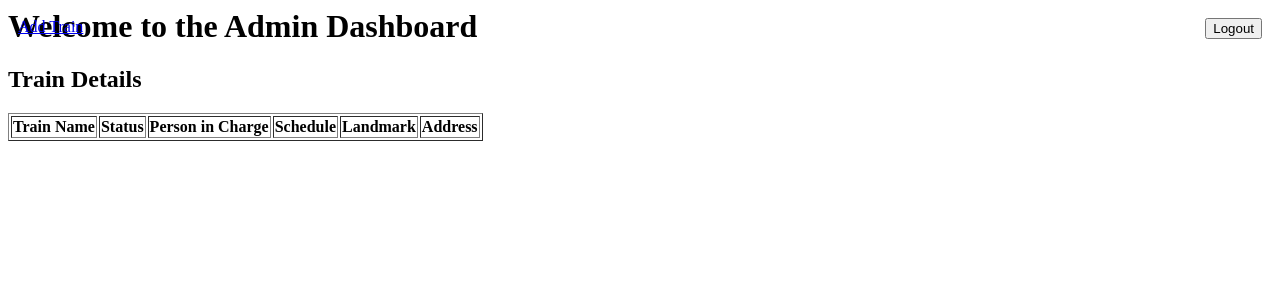
Repository: MohamedUmar083/Project_2
Page: http://localhost/Railway_Crossing_Status/admin-dashboard.jsp
An editor plug-in stored every save of this project. The page is shown before and after the next save, followed by the edit.
The browser window is 1280 px wide. The pictures show the whole page.
The page is served by Tomcat 10. Queries for data that is not in the repository find no rows.

Above is the page before, as saved 2023-12-22 12:25:52.

After the next save:
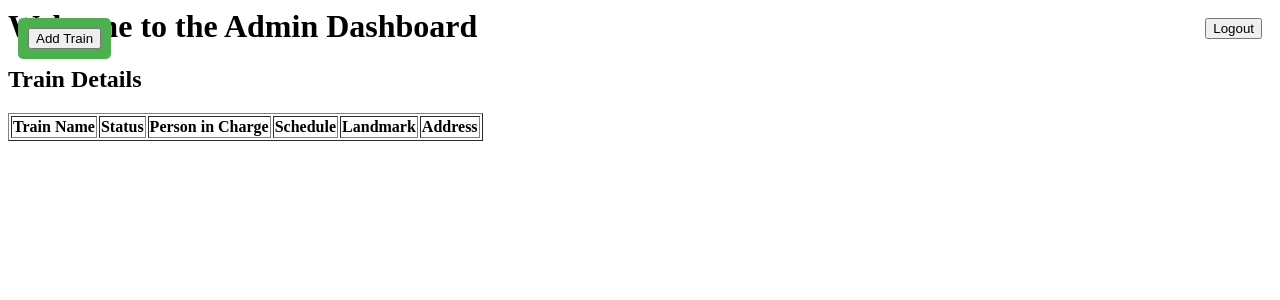
Saved 3 min 37 s later.
--- a/Railway Crossing Status/src/main/webapp/admin-dashboard.jsp
+++ b/Railway Crossing Status/src/main/webapp/admin-dashboard.jsp
@@ -13,26 +13,40 @@
             position: relative;
         }
 
-        .logout-button {
+        .logout-button,
+        .add-train-button {
             position: absolute;
             top: 10px;
+        }
+
+        .logout-button {
             right: 10px;
         }
 
         .add-train-button {
-            position: absolute;
-            top: 10px;
             left: 10px;
+            padding: 10px;
+            background-color: #4CAF50; /* Green background color */
+            color: white; /* White text color */
+            text-align: center;
+            text-decoration: none;
+            font-size: 16px;
+            border: none;
+            border-radius: 5px;
+            cursor: pointer;
         }
     </style>
 </head>
 <body>
-<form action="logout" method="post" class="logout-button">
+<!-- Logout button -->
+    <form action="logout" method="post" class="logout-button">
         <input type="submit" value="Logout">
     </form>
 
     <!-- Add Train button -->
-    <a href="add-train.jsp" class="add-train-button">Add Train</a>
+    <form action="add-train.jsp" method="get" class="add-train-button">
+        <input type="submit" value="Add Train">
+    </form>
     <h1>Welcome to the Admin Dashboard</h1>
 
     <h2>Train Details</h2>
